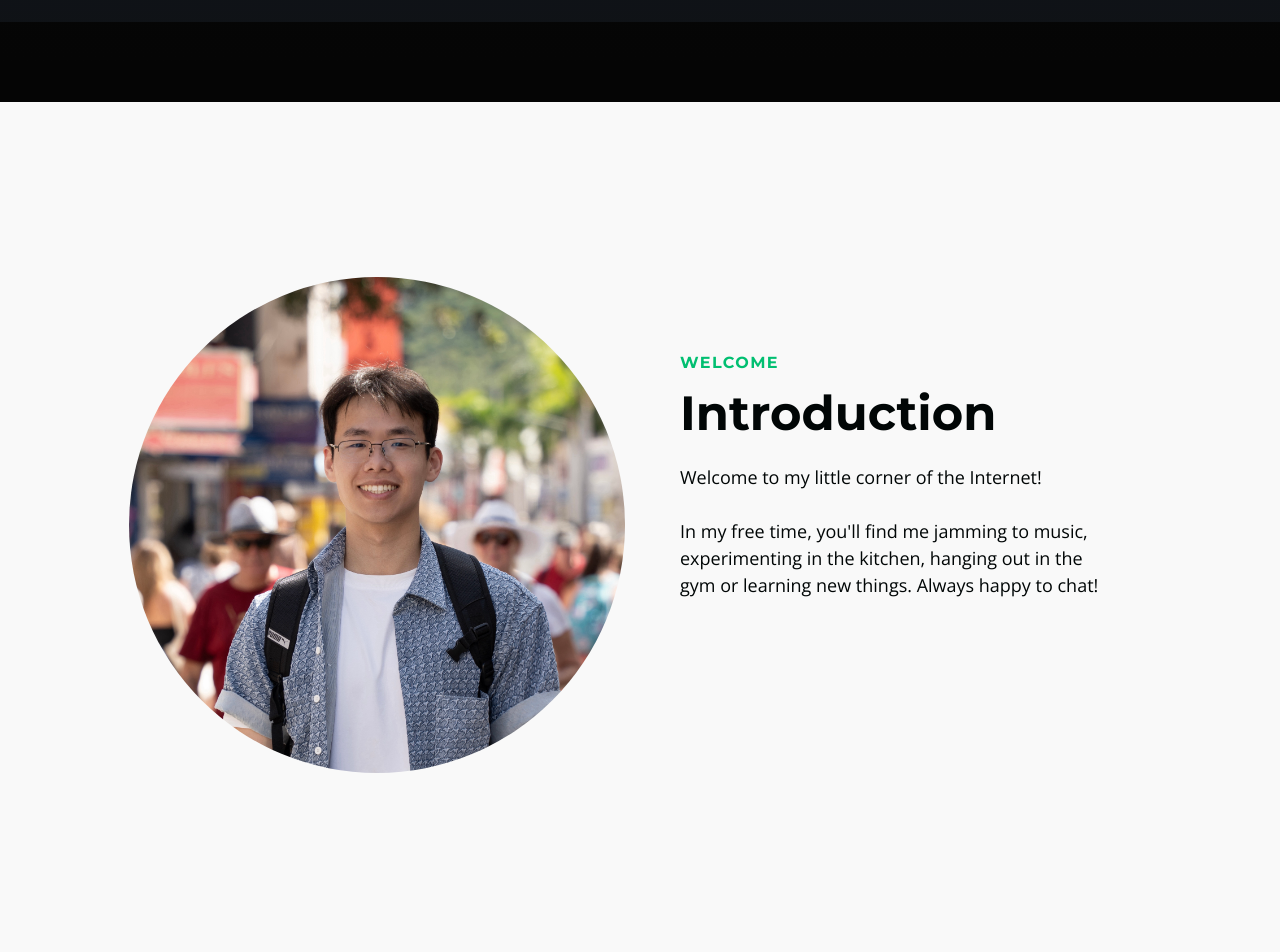
Repository: icer6683/Website
Page: /
An editor plug-in stored every save of this project. The page is shown before and after the next save, followed by the edit.
The browser window is 1280 px wide. The pictures show the part of the page from y = 778 to 1730 px (the page is 5393 px tall).
Pictures or frames that could not be fetched are drawn as grey boxes. The project was rebuilt for these pictures with package versions that can differ from the ones it lists, and the page was loaded fresh each time. Also part of the build but not shown: src/Components/ContactMe/ContactMeElements.js, src/Components/ContactMe/index.js, src/Pages/contactme.js. Imported but missing from the stored project, and not drawn on this page: src/Video/video.mp4.

Above is the page before, as saved 2025-01-24 23:50:07.

After the next save:
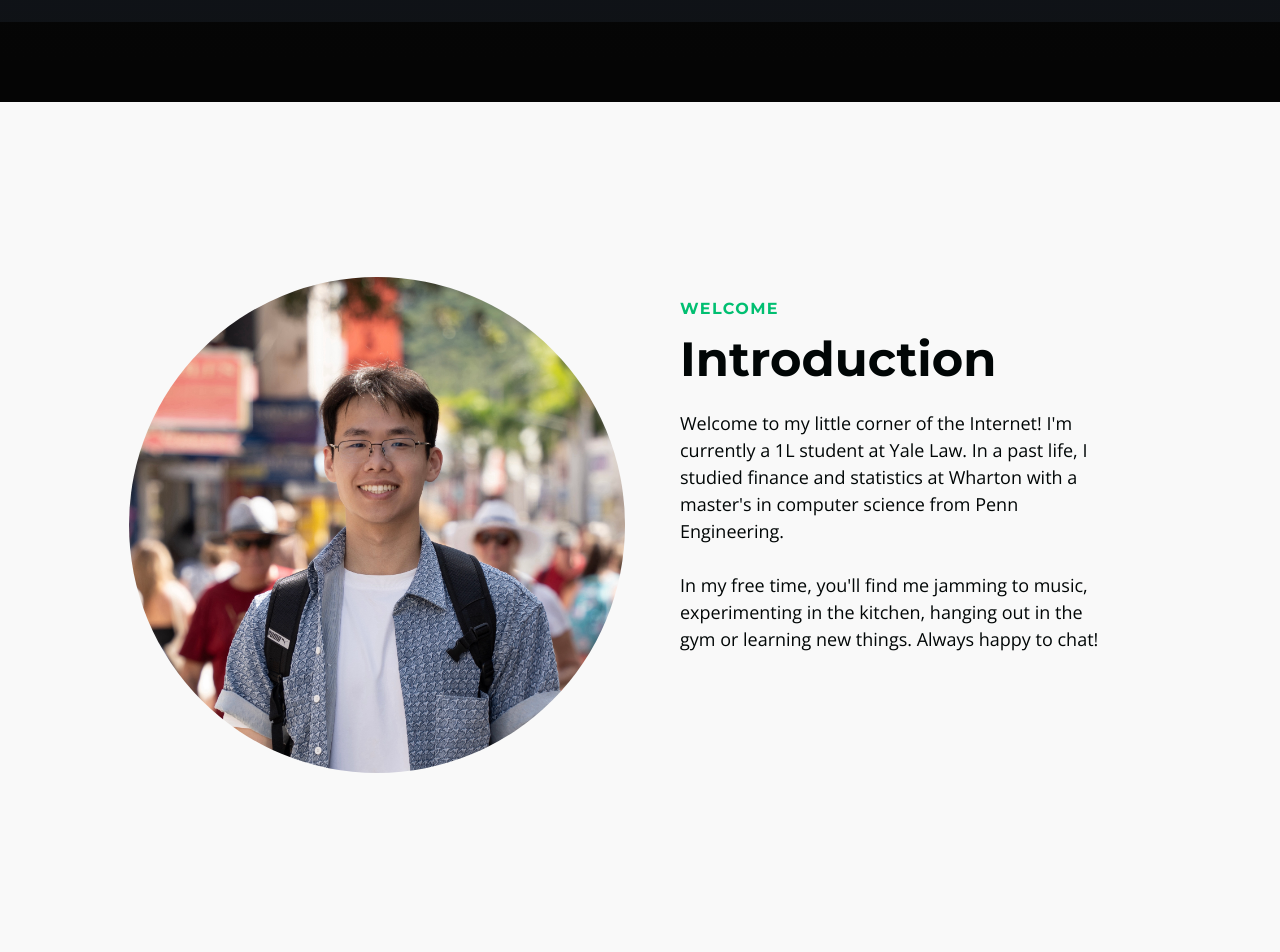
Saved 103 s later.
--- a/src/Components/Sections/Data.js
+++ b/src/Components/Sections/Data.js
@@ -8,7 +8,7 @@ export const homeObjOne = {
     lightTextDesc: false,
     topLine: 'Welcome',
     headline: "Introduction",
-    description: "Welcome to my little corner of the Internet! \n\nIn my free time, you'll find me jamming to music, experimenting in the kitchen, hanging out in the gym or learning new things. Always happy to chat!",
+    description: "Welcome to my little corner of the Internet! I'm currently a 1L student at Yale Law. In a past life, I studied finance and statistics at Wharton with a master's in computer science from Penn Engineering. \n\nIn my free time, you'll find me jamming to music, experimenting in the kitchen, hanging out in the gym or learning new things. Always happy to chat!",
     shape: false,
     imgStart: true,
     img: face,
